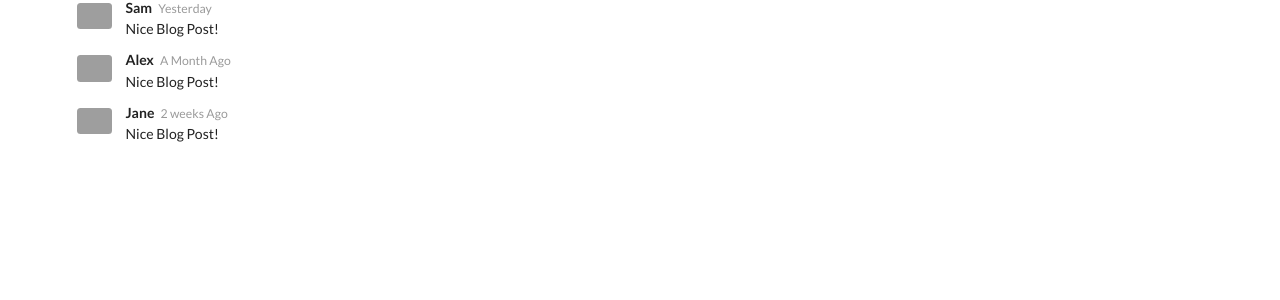
Repository: geedtd/udemyreact
Page: /
These files come from the project's save history. The page is drawn as it stood at one moment and after the next save; the edit follows.
The browser window is 1280 px wide. The pictures show the whole page.
Pictures or frames that could not be fetched are drawn as grey boxes. The project was rebuilt for these pictures with package versions that can differ from the ones it lists, and the page was loaded fresh each time.

Above is the page before, as saved 2020-03-18 01:54:59.

### src/index.js
import React from 'react';
import ReactDOM from 'react-dom';
//import faker from 'faker';
import CommentDetail from './CommentDetail';

const App = () => {
    return (
        <div className="ui container comments">
            <CommentDetail author="Sam" timeAgo="Yesterday" commentText="Yo this is Rad!"/>
            <CommentDetail author="Alex" timeAgo="A Month Ago" commentText="Nice Blog Man"/>
            <CommentDetail author="Jane" timeAgo="2 weeks Ago" commentText="Do a flip!!!"/>
        </div>
    );
};


ReactDOM.render(<App />, document.querySelector('#root'));

### src/CommentDetail.js
import React from 'react';
import faker from 'faker';

const CommentDetail = (props) => {
    // console.log(props)
    return (
        <div className="comment">
                <a href='/' className="avatar">
                    <img alt="avatar" src={faker.image.avatar()}/>
                </a>
                <div className="content">
                    <a href="/" className="author">
                        {props.author}
                    </a>
                    <div className="metadata">
                        <span className="date">{props.timeAgo}</span>
                    </div>
                    <div className="text">Nice Blog Post!</div>
                </div>
            </div>
    );
}
export default CommentDetail;

Loaded but not shown: public/index.html (common file)

After the next save:
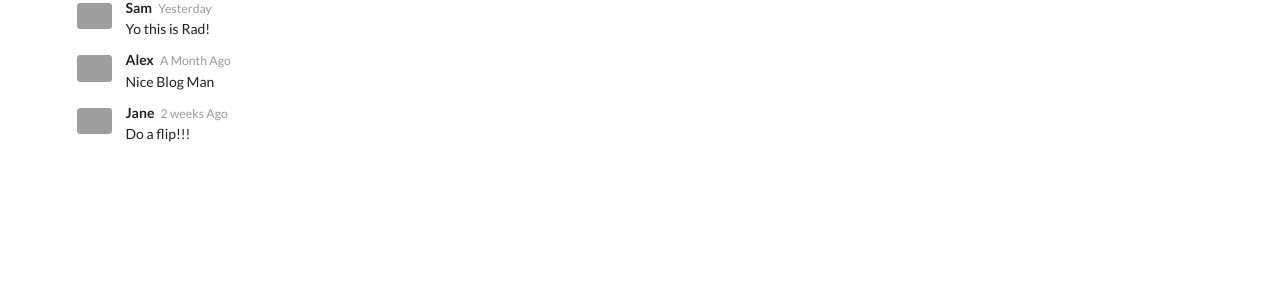
Saved 22 s later.
--- a/src/CommentDetail.js
+++ b/src/CommentDetail.js
@@ -15,7 +15,7 @@ const CommentDetail = (props) => {
                     <div className="metadata">
                         <span className="date">{props.timeAgo}</span>
                     </div>
-                    <div className="text">Nice Blog Post!</div>
+                    <div className="text">{props.commentText}</div>
                 </div>
             </div>
     );
